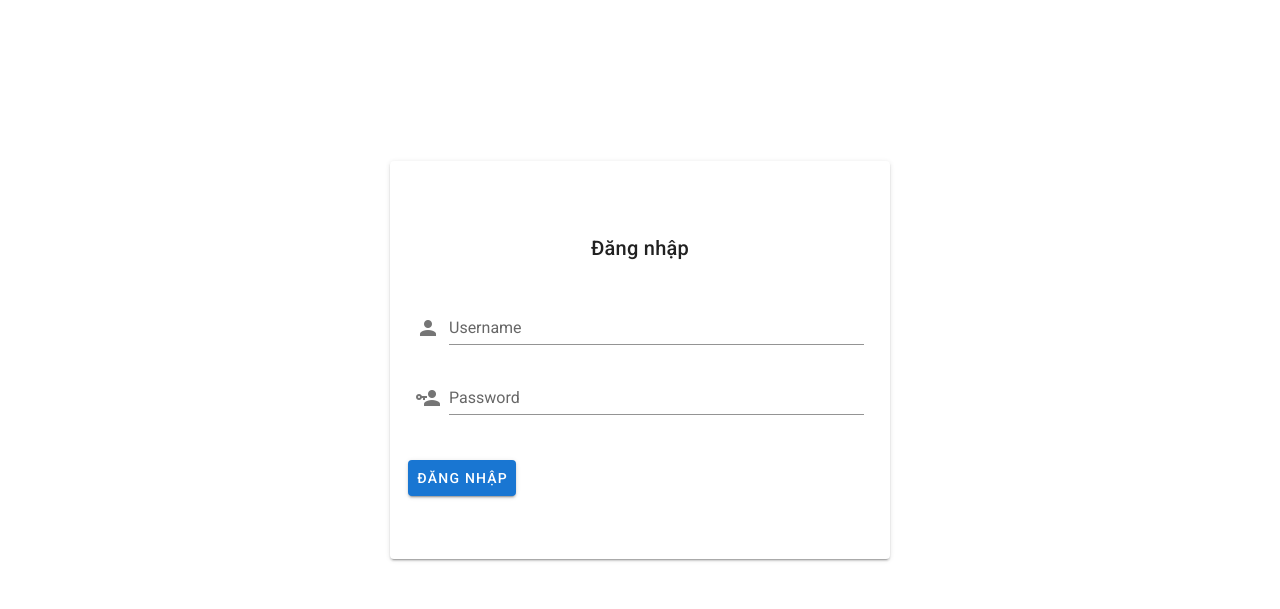
Repository: thaibinhblack/demo
Page: /
These files come from the project's save history. The page is drawn as it stood at one moment and after the next save; the edit follows.
The browser window is 1280 px wide. The pictures show the whole page.
The project was rebuilt for these pictures with package versions that can differ from the ones it lists, and the page was loaded fresh each time. Also part of the build but not shown: vue.config.js.

Above is the page before, as saved 2019-11-02 18:46:59.

### public/index.html
<!DOCTYPE html>
<html lang="en">
  <head>
    <meta charset="utf-8">
    <meta http-equiv="X-UA-Compatible" content="IE=edge">
    <meta name="viewport" content="width=device-width,initial-scale=1.0">
    <link rel="icon" href="<%= BASE_URL %>favicon.ico">
    <title>demo</title>
    <link rel="stylesheet" href="https://fonts.googleapis.com/css?family=Roboto:100,300,400,500,700,900">
    <link rel="stylesheet" href="https://cdn.jsdelivr.net/npm/@mdi/font@latest/css/materialdesignicons.min.css">
  </head>
  <body>
    <noscript>
      <strong>We're sorry but demo doesn't work properly without JavaScript enabled. Please enable it to continue.</strong>
    </noscript>
    <div id="app"></div>
    <!-- built files will be auto injected -->
  </body>
</html>

### src/main.js
import Vue from 'vue'
import App from './App.vue'
import vuetify from './plugins/vuetify';
import axios from 'axios'
import VueAaxios from 'vue-axios'

Vue.config.productionTip = false
import router from './router'
Vue.use(VueAaxios,axios)
new Vue({
  vuetify,
  router: router,
  render: h => h(App)
}).$mount('#app')

### src/App.vue
<template>
  <v-app>
      <router-view></router-view>
  </v-app>
</template>

<script>
export default {
  name: 'App',
  components: {
  },
  data: () => ({

  }),
};
</script>

### src/router/index.js
import Vue from 'vue'
import VueRouter from 'vue-router'
Vue.use(VueRouter)

const routes= [
    {
        path: '/',
        component: () => import('@/pages/index.vue')
    }
]

export default new VueRouter({
    routes: routes,
    mode: 'history'
})

### src/pages/index.vue
<template>
<div id="page-login">
    <v-card class="form-login">
        <v-card-title primary-title style="text-align: center">
            <p align="center" style="width:100%;">Đăng nhập</p>
        </v-card-title>
        <v-card-text>
            <v-form @submit.prevent="login()">
                <v-text-field
                    name="USERNAME"
                    label="Username"
                    placeholder="Nhập username"
                    v-model="user.username"
                    prepend-icon="mdi-account"
                    required
                ></v-text-field>
                <v-text-field
                    name="PASSWORD"
                    label="Password"
                    type="password"
                    prepend-icon="mdi-account-key"
                    required
                    v-model="user.password"
                ></v-text-field>
            </v-form>
        </v-card-text>
        <v-card-actions>
            <v-btn type="submit" color="primary" >Đăng nhập</v-btn>
            {{result}}
        </v-card-actions>
    </v-card>
</div>
</template>

<script>
export default {
    data()
    {
        return {
            user: {},
            result: null
        }
    },
    methods: {
        login()
        {
            this.$http.post("http://softwaredevelopmentproject.azurewebsites.net/api/user/login/",this.user).then((response) => {
                this.result = response.data
                // console.log(response.data)
            })
        }
    }
}
</script>

<style scoped>
.form-login {width: 500px;position: absolute;top: 50%;left: 50%;transform: translate(-50%,-50%);padding: 55px 10px;}
</style>

Loaded but not shown: src/plugins/vuetify.js (common file)

After the next save:
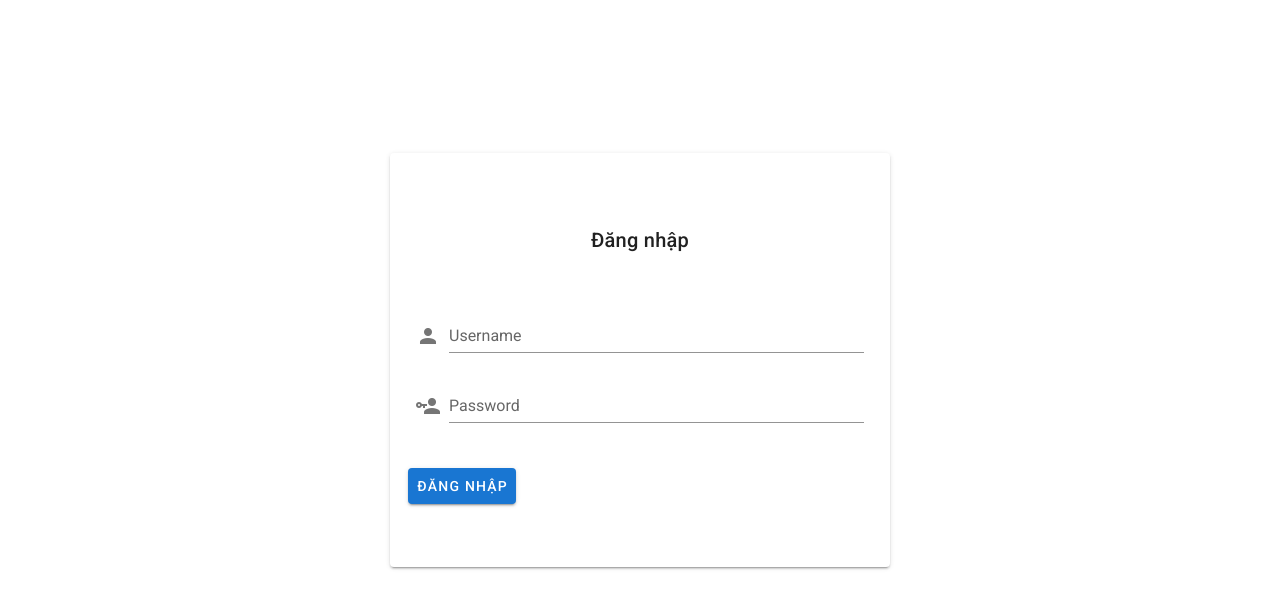
Saved 53 s later.
--- a/src/pages/index.vue
+++ b/src/pages/index.vue
@@ -4,8 +4,9 @@
         <v-card-title primary-title style="text-align: center">
             <p align="center" style="width:100%;">Đăng nhập</p>
         </v-card-title>
+         <v-form @submit.prevent="login()">
         <v-card-text>
-            <v-form @submit.prevent="login()">
+
                 <v-text-field
                     name="USERNAME"
                     label="Username"
@@ -22,12 +23,13 @@
                     required
                     v-model="user.password"
                 ></v-text-field>
-            </v-form>
+
         </v-card-text>
         <v-card-actions>
             <v-btn type="submit" color="primary" >Đăng nhập</v-btn>
             {{result}}
         </v-card-actions>
+        </v-form>
     </v-card>
 </div>
 </template>
